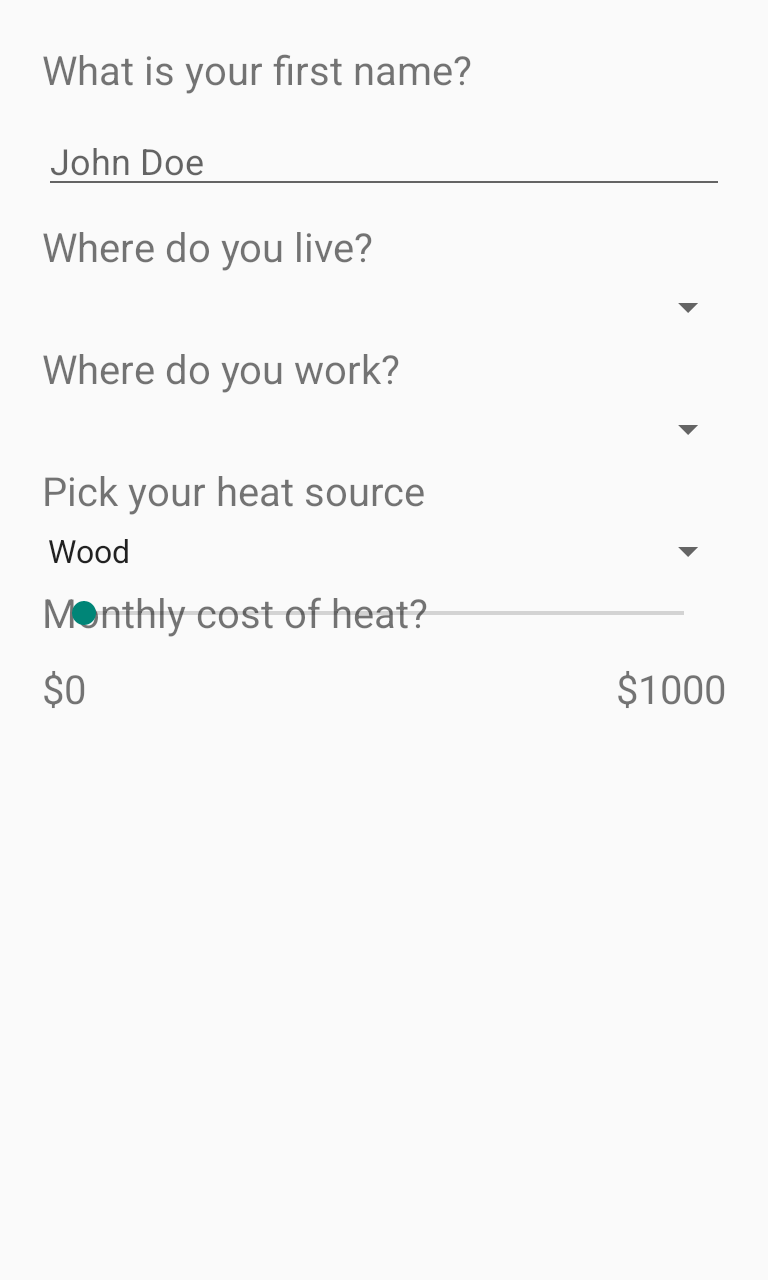
Repository: joshbarry/HackVT_2014
Layout: Android/HackVTKarma/res/layout/fragment_main.xml
The author's editor kept a copy of each file at every save. The layout is drawn from the files as they stood at one save, then again after the next save.
It is drawn on a 768 x 1280 px phone screen (xhdpi) without system bars, with theme AppTheme; the app's code is not run.

Above is the layout before, as saved 2014-10-11 00:00:01.

After the next save:
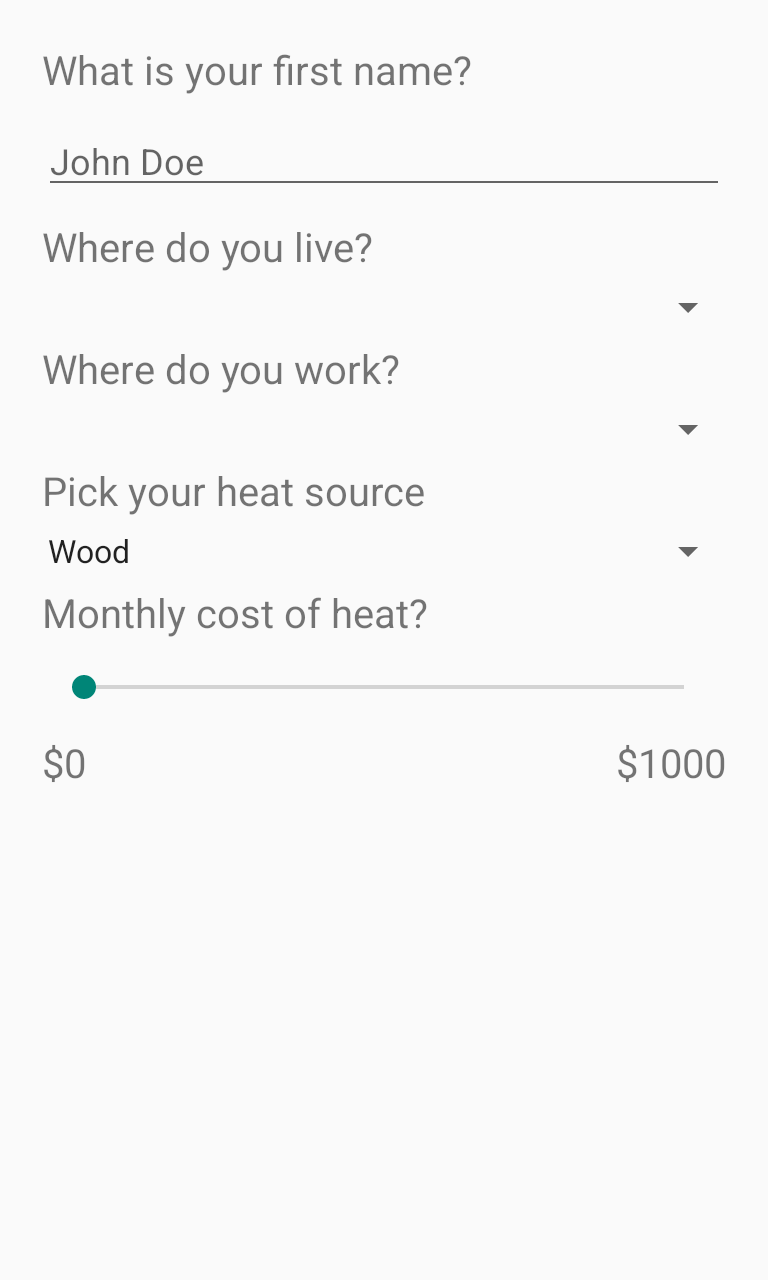
Saved 79 s later.
--- a/Android/HackVTKarma/res/layout/fragment_main.xml
+++ b/Android/HackVTKarma/res/layout/fragment_main.xml
@@ -86,7 +86,7 @@
     <SeekBar
         android:id="@+id/heatSeekbar"
         android:layout_margin="10dp"
-        android:layout_below="@+id/heatSourcePicker"
+        android:layout_below="@+id/heatCost"
         android:layout_width="fill_parent"
         android:layout_height="wrap_content"
         android:max="100"
